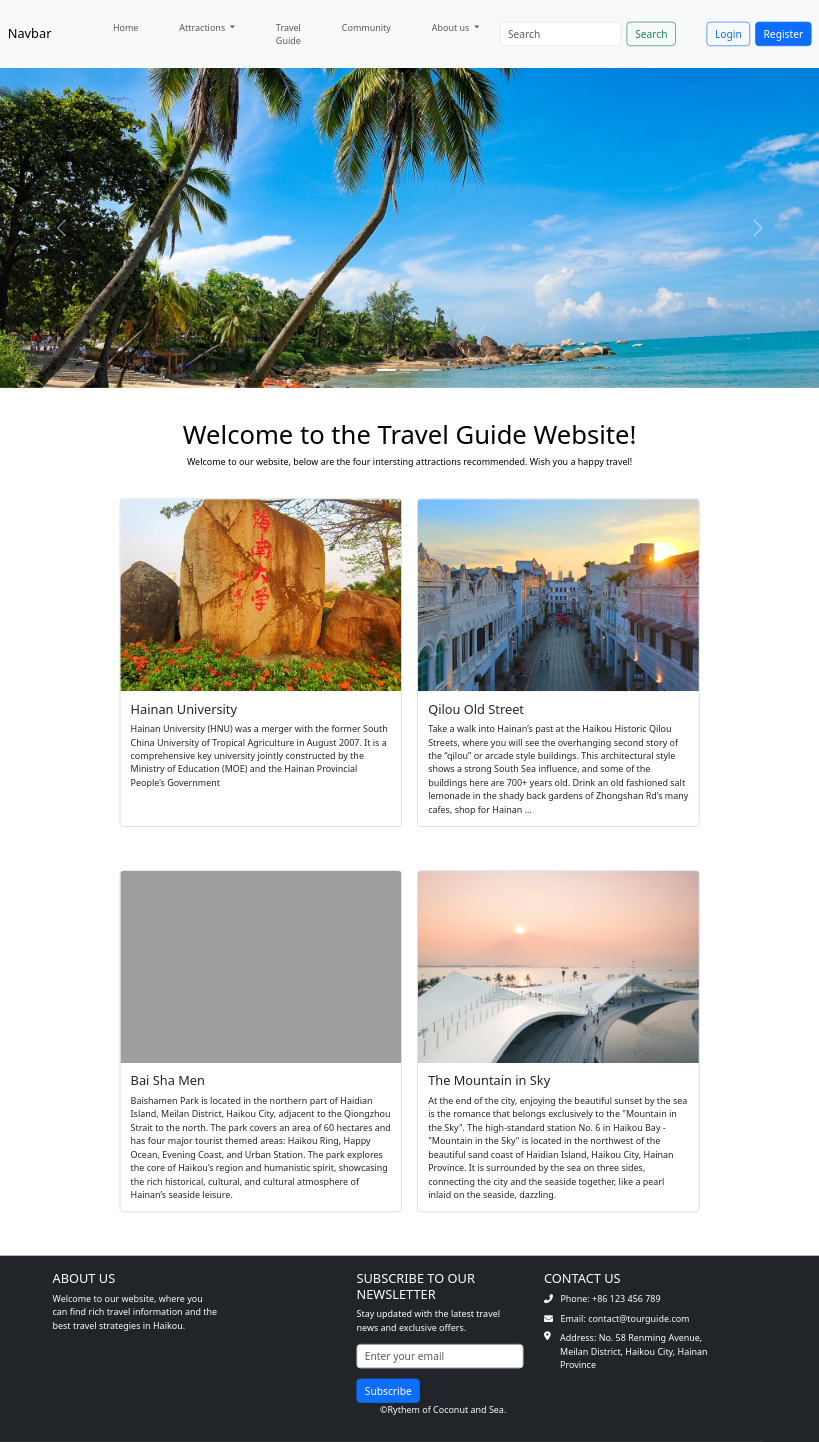
Repository: NIIT-RG6/web-project
Page: /
An editor plug-in stored every save of this project. The page is shown before and after the next save, followed by the edit.
The browser window is 1280 px wide. The pictures show the whole page, at 64% of full size.
Pictures or frames that could not be fetched are drawn as grey boxes. The project was rebuilt for these pictures with package versions that can differ from the ones it lists, and the page was loaded fresh each time. Also part of the build but not shown: vue.config.js, src/views/College.vue, src/views/Foods.vue, src/views/Park.vue, src/views/Sky.vue, src/views/Street.vue, src/views/StrategyHome.vue, src/views/StrategyBlog.vue and 6 more. Imported but missing from the stored project, and not drawn on this page: src/assets/js/vuetify.js.

Above is the page before, as saved 2024-10-25 03:56:17.

### src/main.js
import 'bootstrap/dist/css/bootstrap.min.css';
import 'bootstrap/dist/js/bootstrap.bundle.min.js';
import "element-plus/dist/index.css";
import '@fortawesome/fontawesome-free/css/all.css';

import * as ElementPlusIconsVue from "@element-plus/icons-vue";

import { createApp } from 'vue';
import App from './App.vue';
import router from './router';
//import vuetify from '../src/assets/js/vuetify'
import ElementPlus from "element-plus";



//import '../src/assets/js/vuetify'
import '@/assets/css/global.css'


createApp(App)
  .use(ElementPlus)
  .use(router)
  //.use(vuetify)
  .use((app) => {
    for (const [key, component] of Object.entries(ElementPlusIconsVue)) {
      app.component(key, component);
    }
  })
  .mount("#app");


// Vue.use(vuetify)
// Vue.config.productionTip = false
// new Vue({
//   vuetify,
//   router,
//   render: h => h(App)
// }).$mount('#app')

### src/App.vue
<template>
	<div id="app">
		<!-- 只有在当前路径不属于隐藏列表时才显示 NavBar -->
		<NavBar v-if="!shouldHideNavAndFooter" />

		<!-- 路由视图 -->
		<router-view />

		<!-- 只有在当前路径不属于隐藏列表时才显示 AppFooter -->
		<AppFooter v-if="!shouldHideNavAndFooter" />
	</div>
</template>

<script>
//import "./style.css";
import NavBar from './components/NavBar.vue';
import AppFooter from './components/AppFooter.vue';
import { computed } from 'vue';
import { useRoute } from 'vue-router';


export default {
	components: {
		NavBar,
		AppFooter
	},
	setup() {
		// 使用 useRoute 钩子获取当前路由
		const route = useRoute();

		// 定义需要隐藏 NavBar 和 AppFooter 的路径
		const hiddenRoutes = ['/login', '/register', '/forgot', '/about-us/contract', '/about-us/privacy'];

		// 判断当前路由路径是否在隐藏列表中
		const shouldHideNavAndFooter = computed(() => hiddenRoutes.includes(route.path));

		return {
			shouldHideNavAndFooter
		};
	}
};
</script>

<style scoped lang="less"></style>

### src/router/index.js
import { createRouter, createWebHistory } from 'vue-router';

// import vue from 'vue';
// import VueRouter from 'vue-router';

// Vue.use(VueRouter);
//Static import
import HomePage from '../views/HomePage.vue';
import College from '@/views/College.vue';
import Foods from '@/views/Foods.vue';
import Park from '@/views/Park.vue';
import Sky from '@/views/Sky.vue';
import Street from '@/views/Street.vue';
import StrategyHome from '../views/StrategyHome.vue';
import StrategyBlog from '../views/StrategyBlog.vue';
import InteractiveCommunity from '../views/InteractiveCommunity.vue';

// Dynamic import(lazy loading)
const LoginPage = () => import('@/views/LoginPage.vue');
const RegisterPage = () => import('@/views/RegisterPage.vue');
const ForgotPassword = () => import('@/views/ForgotPassword.vue');
const ContractPage = () => import('@/views/ContractPage.vue');
const PrivacyPolicy = () => import('@/views/PrivacyPolicy.vue');
const TeamPage = () => import('@/views/TeamPage.vue');

const routes = [
  //Static routes
  { path: '/', name: 'HomePage', component: HomePage },
  { path: '/attractions/college', name: 'College', component: College },
  { path: '/attractions/foods', name: 'Foods', component: Foods },
  { path: '/attractions/park', name: 'Park', component: Park },
  { path: '/attractions/sky', name: 'Sky', component: Sky },
  { path: '/attractions/street', name: 'Street', component: Street },
  { path: '/guide', name: 'Strategy', component: StrategyHome },
  { path: '/guide/blog', name: 'Strategy/Blog', component: StrategyBlog },
  { path: "/community", name: "community", component: InteractiveCommunity },

  // Dynamic routes(lazy loading)
  { path: '/login', name: 'LoginPage', component: LoginPage },
  { path: '/register', name: 'RegisterPage', component: RegisterPage },
  { path: '/forgot', name: 'ForgotPassword', component: ForgotPassword },
  { path: '/about-us/contract', name: 'ContractPage', component: ContractPage },
  { path: '/about-us/privacy', name: 'PrivacyPolicy', component: PrivacyPolicy },
  { path: '/about-us/team', name: 'TeamPage', component: TeamPage },

  // {
  //   path: '/login',
  //   name: 'login',
  //   component: () => import('@/views/LoginPage.vue')
  // },
  // {
  //   path: '/register',
  //   name: 'register',
  //   component: () => import('@/views/RegisterPage.vue')
  // },
  // {
  //   path: '/forgot',
  //   name: 'forgot',
  //   component: () => import('@/views/ForgotPassword.vue')
  // },
  // {
  //   path: '/Contract',
  //   name: 'Contract',
  //   component: () => import('@/views/ContractPage.vue')
  // },
  // {
  //   path: '/Privacy',
  //   name: 'Privacy',
  //   component: () => import('@/views/PrivacyPolicy.vue')
  // },
  // {
  //   path: '/Team',
  //   name: 'Team',
  //   component: () => import('@/views/TeamPage.vue')
  // }
];

const router = createRouter({
  history: createWebHistory(process.env.BASE_URL),
  routes
});

export default router;

### src/assets/css/global.css
/* * {
    box-sizing: border-box;
} */
 body {
    color: #000;
    font-size: 14px;
    margin: 0;
    padding: 0;
 }

### src/components/NavBar.vue
<template>
  <nav class="navbar navbar-expand-lg bg-body-tertiary py-4">
    <div class="container-fluid">
      <a class="navbar-brand" href="#">Navbar</a>
      <button class="navbar-toggler" type="button" data-bs-toggle="collapse" data-bs-target="#navbarSupportedContent"
        aria-controls="navbarSupportedContent" aria-expanded="false" aria-label="Toggle navigation">
        <span class="navbar-toggler-icon"></span>
      </button>
      <div class="collapse navbar-collapse" id="navbarSupportedContent">
        <ul class="navbar-nav me-auto mb-2 mb-lg-0 mx-5">
          <li class="nav-item mx-4">
            <router-link to="/" class="nav-link">Home</router-link>
          </li>

          <!-- Attractions Dropdown -->
          <li class="nav-item dropdown mx-4">
            <a class="nav-link dropdown-toggle" href="#" role="button" data-bs-toggle="dropdown" aria-expanded="false">
              Attractions
            </a>
            <ul class="dropdown-menu">
              <li><router-link to="/attractions/college" class="dropdown-item">Hainan University</router-link></li>
              <li><router-link to="/attractions/park" class="dropdown-item">Baishamen Park</router-link></li>
              <li><router-link to="/attractions/sky" class="dropdown-item">The Sky Mountain</router-link></li>
              <li><router-link to="/attractions/street" class="dropdown-item">Qilou Street</router-link></li>
              <li><router-link to="/attractions/foods" class="dropdown-item">Haikou Foods</router-link></li>
            </ul>
          </li>

          <li class="nav-item mx-4">
            <router-link to="/guide" class="nav-link">Travel Guide</router-link>
          </li>

          <li class="nav-item mx-4">
            <router-link to="/community" class="nav-link">Community</router-link>
          </li>

          <!-- About Us Dropdown -->
          <li class="nav-item dropdown mx-4">
            <a class="nav-link dropdown-toggle" href="#" role="button" data-bs-toggle="dropdown" aria-expanded="false">
              About us
            </a>
            <ul class="dropdown-menu">
              <li><router-link to="/about-us/team" class="dropdown-item">Team</router-link></li>
              <li><router-link to="/about-us/contract" class="dropdown-item">Contract</router-link></li>
              <li><router-link to="/about-us/privacy" class="dropdown-item">Privacy</router-link></li>
            </ul>
          </li>
        </ul>

        <!-- Search Form -->
        <form class="d-flex mx-auto" role="search">
          <input class="form-control me-2" type="search" placeholder="Search" aria-label="Search">
          <button class="btn btn-outline-success" type="submit">Search</button>
        </form>

        <!-- Login and Register Buttons -->
        <router-link to="/login" class="btn btn-outline-primary ms-5">Login</router-link>
        <router-link to="/register" class="btn btn-primary ms-2">Register</router-link>
      </div>
    </div>
  </nav>
</template>

<script>
export default {
  name: 'NavBar'
}
</script>

### src/components/AppFooter.vue
<template>
    <footer class="footer bg-dark text-white py-4">
        <div class="container">
            <div class="row">
                <!-- ABOUT US -->
                <div class="col-md-3">
                    <!-- <img :src="" alt=""> -->
                    <h5>ABOUT US</h5>
                    <p>Welcome to our website, where you can find rich travel information and the best travel strategies
                        in Haikou.</p>
                </div>

                <!-- NEWSLETTER SIGNUP -->
                <div class="col-md-3 offset-md-2">
                    <h5>SUBSCRIBE TO OUR NEWSLETTER</h5>
                    <p>Stay updated with the latest travel news and exclusive offers.</p>
                    <form>
                        <div class="mb-3">
                            <input type="email" class="form-control" placeholder="Enter your email" />
                        </div>
                        <button type="submit" class="btn btn-primary">Subscribe</button>
                    </form>
                </div>


                <!-- CONTACT US -->
                <div class="col-md-3 mx-2">
                    <h5>CONTACT US</h5>
                    <ul class="list-unstyled contact-info">
                        <li>
                            <i class="fas fa-phone-alt"></i> Phone: +86 123 456 789
                        </li>
                        <li>
                            <i class="fas fa-envelope"></i> Email: contact@tourguide.com
                        </li>
                        <li class="address-item">
                            <i class="fas fa-map-marker-alt"></i> Address: No. 58 Renming Avenue, Meilan District,
                            Haikou City, Hainan Province
                        </li>
                    </ul>
                </div>
            </div>
            <div class="row offset-md-1">
                <div class="col text-center">
                    <p>&copy;Rythem of Coconut and Sea. </p>
                </div>
            </div>
        </div>
    </footer>
</template>

<script>
export default {
    name: 'AppFooter'
}
</script>

<style scoped>
.footer {
    background-color: #343a40;
    color: #ffffff;
    padding: 20px 0;
}

.contact-info li {
    margin-bottom: 10px;
}

.contact-info i {
    margin-right: 8px;
}

.footer a {
    color: #ffffff;
    transition: color 0.3s;
}

.footer a:hover {
    color: #dddddd;
}

.address-item {
    position: relative;
    padding-left: 25px;
}

.address-item i {
    position: absolute;
    left: 0;
    top: 0;
}

.address-item span {
    display: inline-block;
    margin-left: 25px;
}
</style>

### src/views/HomePage.vue
<template>
    <div class="homepage">
        <!-- carousel slide -->

        <div id="carouselExampleIndicators" class="carousel slide">
            <div class="carousel-indicators">
                <button type="button" data-bs-target="#carouselExampleIndicators" data-bs-slide-to="0" class="active"
                    aria-current="true" aria-label="Slide 1"></button>
                <button type="button" data-bs-target="#carouselExampleIndicators" data-bs-slide-to="1"
                    aria-label="Slide 2"></button>
                <button type="button" data-bs-target="#carouselExampleIndicators" data-bs-slide-to="2"
                    aria-label="Slide 3"></button>
            </div>
            <div class="carousel-inner">
                <div class="carousel-item active">
                    <img :src="firstImage" class="d-block w-100 custom-carousel-img" alt="..." />
                </div>
                <div class="carousel-item">
                    <img :src="secondImage" class="d-block w-100 custom-carousel-img" alt="..." />
                </div>
                <div class="carousel-item">
                    <img :src="thirdImage" class="d-block w-100 custom-carousel-img" alt="..." />
                </div>
            </div>
            <button class="carousel-control-prev" type="button" data-bs-target="#carouselExampleIndicators"
                data-bs-slide="prev">
                <span class="carousel-control-prev-icon" aria-hidden="true"></span>
                <span class="visually-hidden">Previous</span>
            </button>
            <button class="carousel-control-next" type="button" data-bs-target="#carouselExampleIndicators"
                data-bs-slide="next">
                <span class="carousel-control-next-icon" aria-hidden="true"></span>
                <span class="visually-hidden">Next</span>
            </button>
        </div>

        <!-- main content -->
        <div class="container mt-5">
            <h1 class="text-center">Welcome to the Travel Guide Website!</h1>
            <p class="text-center">{{ message }}</p>
        </div>

        <!-- card -->
        <div class="container row mt-5 mx-auto justify-content-center">
            <div class="col-md-5 mb-5 card-group" v-for="(attraction, index) in Attractions" :key="index">
                <div class="card">
                    <img :src="attraction.image" class="card-img-top custom-card-img" :alt="attraction.name">
                    <div class="card-body">
                        <h5 class="card-title">{{ attraction.name }}</h5>
                        <p class="card-text">{{ attraction.description }}</p>
                    </div>
                </div>
            </div>
        </div>
    </div>
</template>

<script>
export default {
    name: "HomePage",
    data() {
        return {
            message: "Welcome to our website, below are the four intersting attractions recommended. Wish you a happy travel!",
            firstImage: require('@/assets/images/Carousel1.jpg'),
            secondImage: require('@/assets/images/QiLou.webp'),
            thirdImage: require('@/assets/images/SkyMountain.png'),
            Attractions: [
                {
                    name: 'Hainan University',
                    description: 'Hainan University (HNU) was a merger with the former South China University of Tropical Agriculture in August 2007. It is a comprehensive key university jointly constructed by the Ministry of Education (MOE) and the Hainan Provincial People’s Government',
                    image: require('@/assets/images/HNU.jpg')
                },
                {
                    name: 'Qilou Old Street',
                    description: 'Take a walk into Hainan’s past at the Haikou Historic Qilou Streets, where you will see the overhanging second story of the “qilou” or arcade style buildings. This architectural style shows a strong South Sea influence, and some of the buildings here are 700+ years old. Drink an old fashioned salt lemonade in the shady back gardens of Zhongshan Rd’s many cafes, shop for Hainan ...',
                    image: require('@/assets/images/QiLou.webp')
                },
                {
                    name: 'Bai Sha Men',
                    description: 'Baishamen Park is located in the northern part of Haidian Island, Meilan District, Haikou City, adjacent to the Qiongzhou Strait to the north. The park covers an area of 60 hectares and has four major tourist themed areas: Haikou Ring, Happy Ocean, Evening Coast, and Urban Station. The park explores the core of Haikou’s region and humanistic spirit, showcasing the rich historical, cultural, and cultural atmosphere of Hainan’s seaside leisure.',
                    image: require('@/assets/images/BaiShaMen.png')
                },
                {
                    name: 'The Mountain in Sky',
                    description: 'At the end of the city, enjoying the beautiful sunset by the sea is the romance that belongs exclusively to the "Mountain in the Sky". The high-standard station No. 6 in Haikou Bay - "Mountain in the Sky" is located in the northwest of the beautiful sand coast of Haidian Island, Haikou City, Hainan Province. It is surrounded by the sea on three sides, connecting the city and the seaside together, like a pearl inlaid on the seaside, dazzling.',
                    image: require('@/assets/images/SkyMountain.png')
                }
            ]
        };
    }
};
</script>

<style scoped>
.custom-carousel-img {
    height: 500px;
    object-fit: cover;
}

.card {
    margin-bottom: 20px;
}

.custom-card-img {
    height: 300px;
    object-fit: cover;
}
</style>

Loaded but not shown: public/index.html (common file)

After the next save:
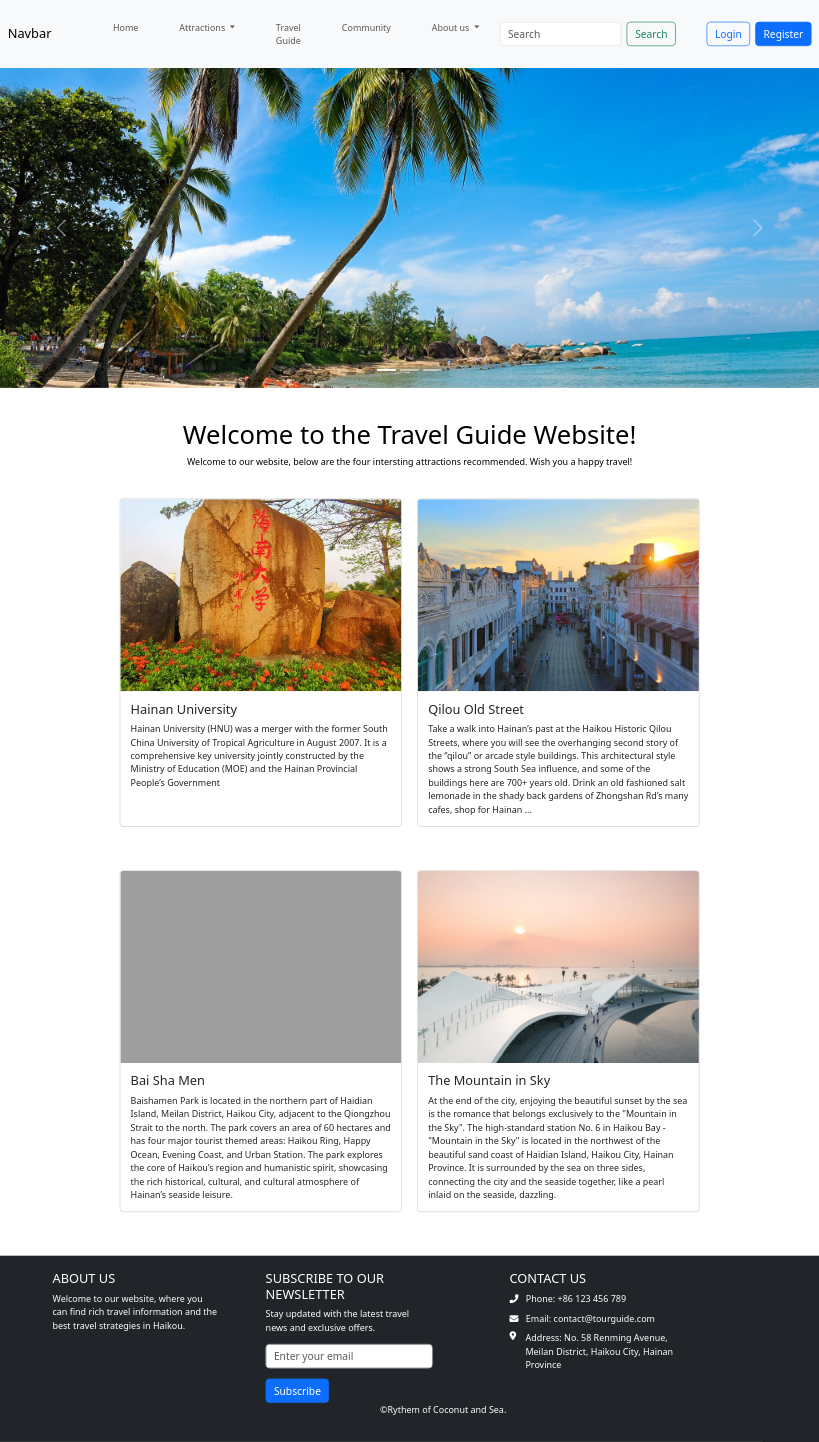
Saved 9 s later.
--- a/src/components/AppFooter.vue
+++ b/src/components/AppFooter.vue
@@ -11,7 +11,7 @@
                 </div>
 
                 <!-- NEWSLETTER SIGNUP -->
-                <div class="col-md-3 offset-md-2">
+                <div class="col-md-3 mx-5">
                     <h5>SUBSCRIBE TO OUR NEWSLETTER</h5>
                     <p>Stay updated with the latest travel news and exclusive offers.</p>
                     <form>
@@ -24,7 +24,7 @@
 
 
                 <!-- CONTACT US -->
-                <div class="col-md-3 mx-2">
+                <div class="col-md-3 mx-5">
                     <h5>CONTACT US</h5>
                     <ul class="list-unstyled contact-info">
                         <li>
